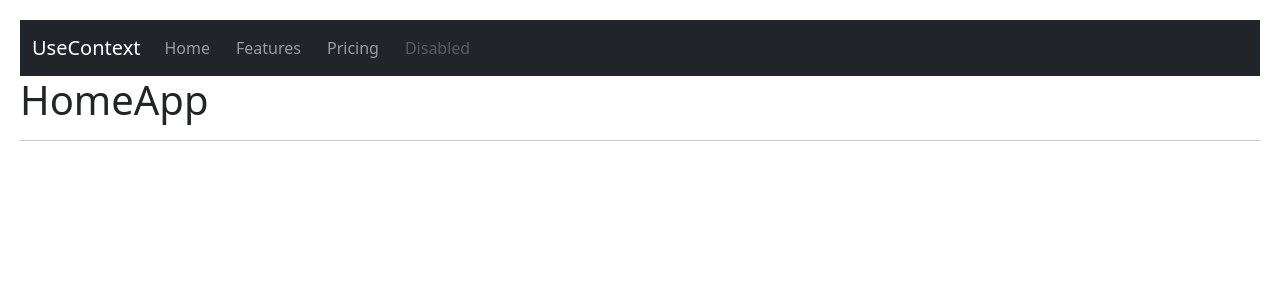
Repository: bryanesteban/hooks-App
Page: /
The author's editor kept a copy of each file at every save. The page is drawn from the files as they stood at one save, then again after the next save.
The browser window is 1280 px wide. The pictures show the whole page.
The project was rebuilt for these pictures with package versions that can differ from the ones it lists, and the page was loaded fresh each time. Also part of the build but not shown: vite.config.js, src/HooksApp.jsx, src/01-useState/CounterApp.jsx, src/hooks/useCounter.jsx, src/01-useState/CounterWithCustomHook.jsx, src/02-useEffect/Message.jsx, src/02-useEffect/SimpleForm.jsx, src/hooks/useForm.js and 20 more.

Above is the page before, as saved 2024-09-15 05:13:12.

### src/main.jsx
import React from 'react'
import ReactDOM from 'react-dom/client'
import { BrowserRouter } from 'react-router-dom'
import './index.css'
import { HooksApp } from './HooksApp'
import { CounterApp } from './01-useState/CounterApp'
import { CounterWithCustomHook } from './01-useState/CounterWithCustomHook'
import { SimpleForm } from './02-useEffect/SimpleForm'
import { FormWithCustomHook } from './02-useEffect/FormWithCustomHook'
import { MultipleCustomHook } from './03-examples/MultipleCustomHook'
import { FocusScreen } from './04-useRef/FocusScreen'
import { Layout } from './05-useLayoutEffect/Layout'
import { Memorize } from './06-memos/Memorize'
import { MemoHook } from './06-memos/MemoHook'
import { CallbackHook } from './06-memos/CallbackHook'
// import { Padre } from './07-tarea-memo/Padre'

// import './08-useReducer/intro-reducer';
import { TodoApp } from './08-useReducer/TodoApp'
import { MainApp } from './09-useConstext/MainApp'

ReactDOM.createRoot(document.getElementById('root')).render(
  // <React.StrictMode>
  //   <FormWithCustomHook />
  // <MultipleCustomHook />
  // <FocusScreen/>
  // <Layout/>
      // <Memorize/>
      // <MemoHook/>
      // <CallbackHook/>
      // <Padre/>
      // <TodoApp/>
      <BrowserRouter>

      <MainApp/>

      </BrowserRouter>

  // </React.StrictMode>
)

### src/index.css
body {
    padding: 20px;
}

button {
    margin-right: 10px;
}


a{
    margin-right: 10px;
}

### src/09-useConstext/MainApp.jsx
import { Link, Navigate, Route, Routes } from "react-router-dom"
import { HomePage } from "./HomePage"
import { AboutPage } from "./AboutPage"
import { LoginPage } from "./LoginPage"
import { Navbar } from "./Navbar"


export const MainApp = () => {
    return (
        <>

            <Navbar/>

            <Routes>
                <Route path="/" element={ <HomePage/> }/>
                <Route path="/login" element={ <LoginPage/> }/>
                <Route path="/about" element={ <AboutPage/> }/>

                {/* <Route path="/*" element={<LoginPage/> }/> */}
                <Route path="/*" element={ <Navigate to="/about"/>} />

            </Routes>
        </>
    )
}

### src/09-useConstext/HomePage.jsx
export const HomePage = () =>
    {
        return (
            <>
            <h1>HomeApp</h1>
            <hr/>
            </>
        )
    }

### src/09-useConstext/Navbar.jsx
import { Link } from "react-router-dom"

export const Navbar = () => {

    return (
        <nav className="navbar navbar-expand-lg navbar-dark bg-dark">
        <div className="container-fluid">
          <Link className="navbar-brand" href="#">UseContext</Link>


          <div className="collapse navbar-collapse" id="navbarNav">
            <ul className="navbar-nav">
              <li className="nav-item">
                <a className="nav-link" aria-current="page" href="#">Home</a>
              </li>
              <li className="nav-item">
                <a className="nav-link" href="#">Features</a>
              </li>
              <li className="nav-item">
                <a className="nav-link" href="#">Pricing</a>
              </li>
              <li className="nav-item">
                <a className="nav-link disabled" aria-disabled="true">Disabled</a>
              </li>
            </ul>
          </div>
        </div>
      </nav>
    )
}

Loaded but not shown: index.html (common file)

After the next save:
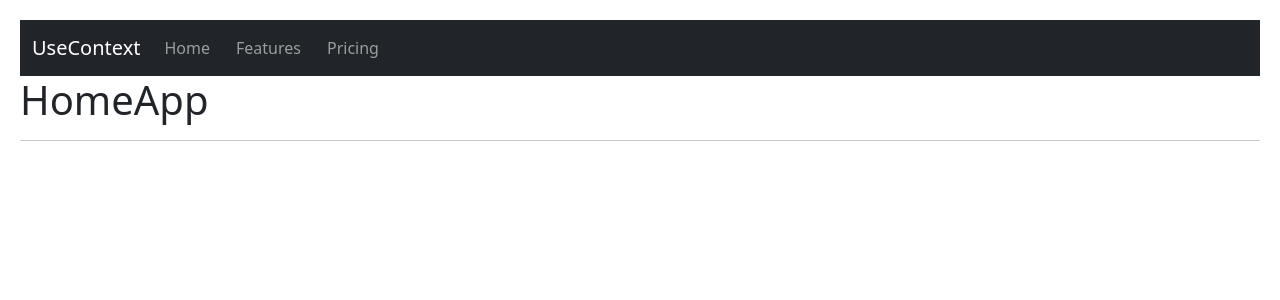
Saved 42 s later.
--- a/src/09-useConstext/Navbar.jsx
+++ b/src/09-useConstext/Navbar.jsx
@@ -11,7 +11,7 @@
           <div className="collapse navbar-collapse" id="navbarNav">
             <ul className="navbar-nav">
               <li className="nav-item">
-                <a className="nav-link" aria-current="page" href="#">Home</a>
+                <a className="nav-link" href="#">Home</a>
               </li>
               <li className="nav-item">
                 <a className="nav-link" href="#">Features</a>
@@ -19,9 +19,6 @@
               <li className="nav-item">
                 <a className="nav-link" href="#">Pricing</a>
               </li>
-              <li className="nav-item">
-                <a className="nav-link disabled" aria-disabled="true">Disabled</a>
-              </li>
             </ul>
           </div>
         </div>
